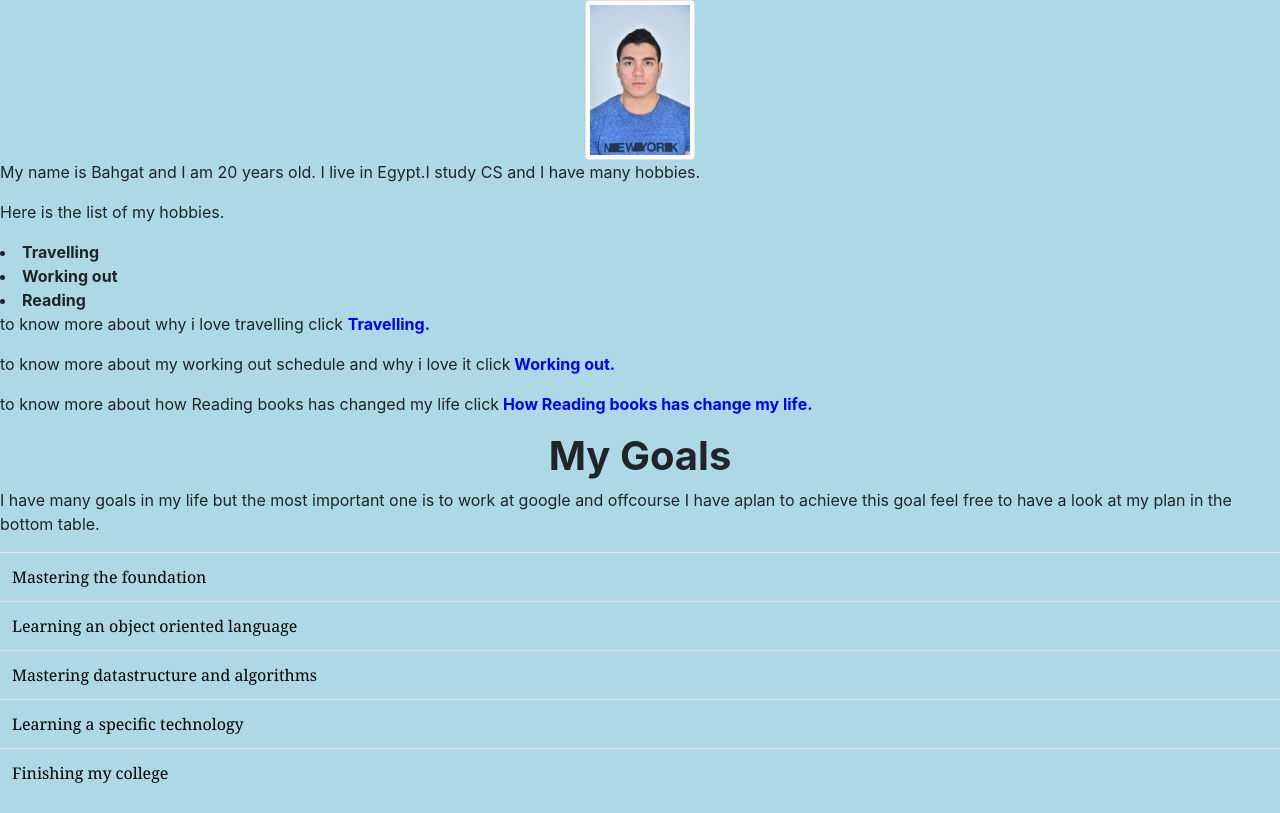
Repository: bahgaat/cs50
Page: environment/pset5/homepage/index.html
The author's editor kept a record of every edit. The page is drawn from the files as they stood at one moment, then again after the next edit.
The browser window is 1280 px wide. The pictures show the whole page.

Above is the page before.

### environment/pset5/homepage/index.html
<!DOCTYPE html>

<html lang="en">
    <head>
        <link href="https://stackpath.bootstrapcdn.com/bootstrap/4.1.3/css/bootstrap.min.css" rel="stylesheet">
        <link href="styles.css" rel="stylesheet">
        <title>Bahgat's profile</title>
    </head>
    <body>


          <div class="image"><img src=" Bahgat.jpg" class="img-thumbnail" alt="me"width="110" height="110"></div>
          <p>
              My name is Bahgat and I am 20 years old. I live in Egypt.I study CS and I have many hobbies.
          </p>
          <p>
              Here is the list of my hobbies.
          </p>
          <oI >
              <li><b>Travelling</b></li>
              <li><b>Working out</b></li>
              <li><b>Reading</b></li>
          </oI>

           <p>to know more about why i love travelling click <a href= " Travelling.html"> <b>Travelling.</b></a></p>
           <p>to know more about my working out schedule and why i love it click<a href= " Working out.html"><b> Working out.</b></a></p>
           <p>to know more about how Reading books has changed my life click<a href= " Reading.html"><b> How Reading books has change my life.</b></a></p>
         <h1><b>My Goals</b> </h1>
           <p> I have many goals in my life but the most important one is to work at google and offcourse I have aplan
           to achieve this goal feel free to have a look at my plan in the bottom table.</p>
           <div class="goals">
           <table class="table table-hover">
               <tr>
                   <td>
                       Mastering the foundation
                   </td>
               </tr>
               <tr>
                   <td>
                       Learning an object oriented language
                   </td>
               </tr>
               <tr class="active">
                   <td>
                       Mastering datastructure and algorithms
                   </td>
               </tr>
               <tr>
                   <td>
                       Learning a specific technology
                   </td>
               </tr>
               <tr>
                   <td>
                       Finishing my college
                   </td>
               </tr>


           </table>
           </div>





    </body>
</html>

### environment/pset5/homepage/styles.css
body{
    background-color: lightblue;
}

.image
{
    text-align:center;
}

h1{
    text-align:center;
}

.goals
{
    border:0px white;
}


tr
{
    height:00px;
}
td
{
    background-color:lightBlue;
    color:black;
    font-size:12pt;
    font-family:georgia;

}
a
{
   color:blue;
}
a:link,a:visited
{
    color:blue;

}
a:hover,a:active
{
    color:darkblue;
}

After the next edit:
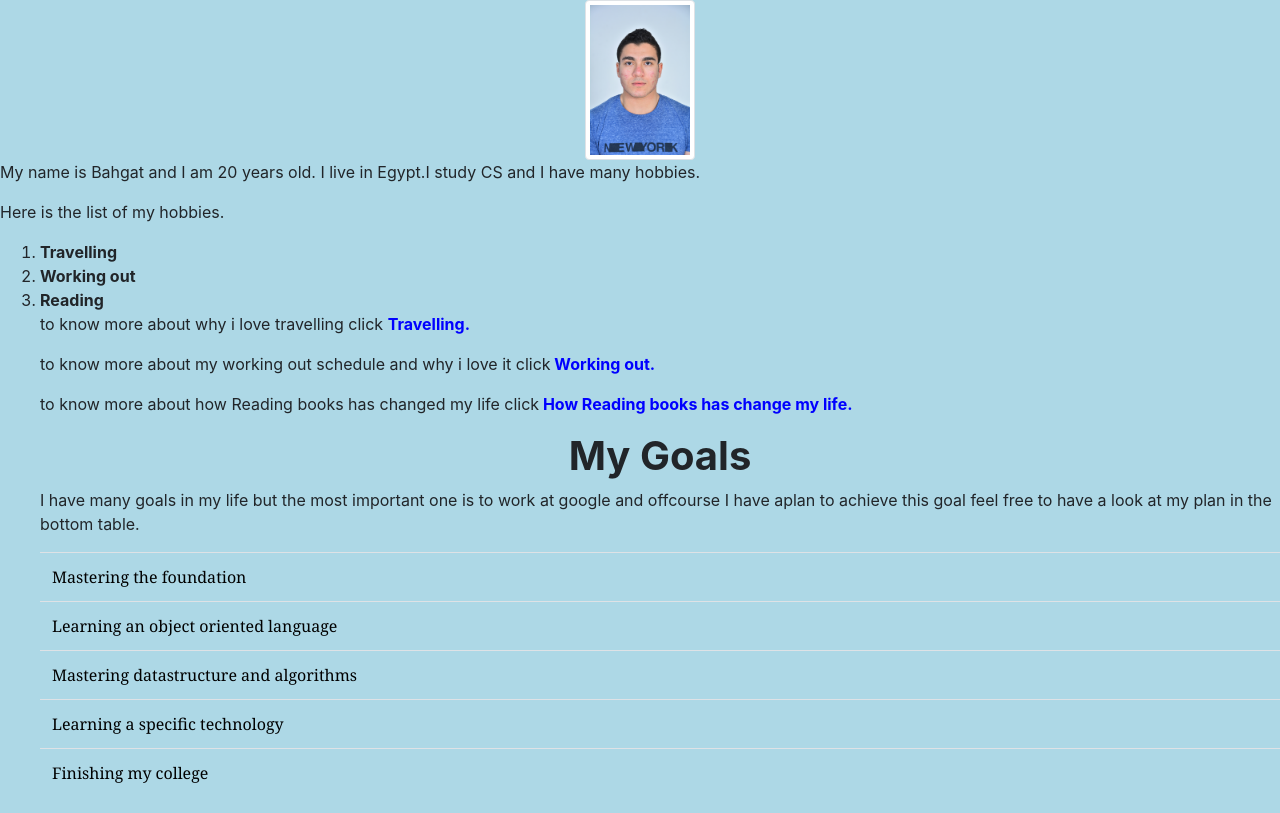
The edit:
--- a/environment/pset5/homepage/index.html
+++ b/environment/pset5/homepage/index.html
@@ -16,7 +16,7 @@
           <p>
               Here is the list of my hobbies.
           </p>
-          <oI >
+          <ol >
               <li><b>Travelling</b></li>
               <li><b>Working out</b></li>
               <li><b>Reading</b></li>
